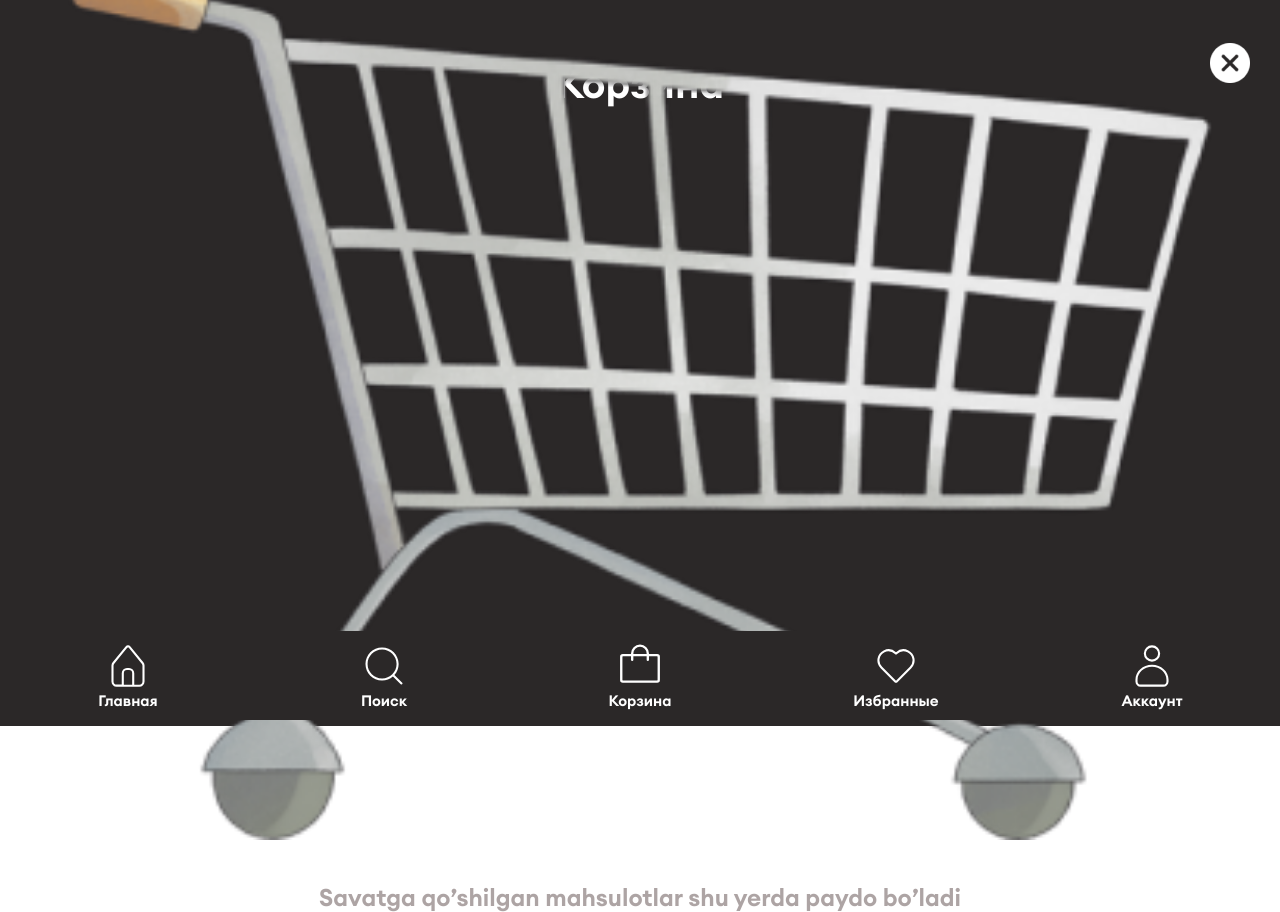
Repository: muslmoney/click-miniapp
Page: /cart
An editor plug-in stored every save of this project. The page is shown before and after a run of saves, followed by the edit.
The browser window is 1280 px wide. The pictures show the whole page.
The project was rebuilt for these pictures with package versions that can differ from the ones it lists, and the page was loaded fresh each time. Also part of the build but not shown: vite.config.js, src/components/ProductCard/productCard.module.css, src/components/ProductCard/ProductCard.jsx.

Above is the page before, as saved 2025-02-02 02:12:54.

### index.html
<!doctype html>
<html lang="en">
<head>
  <meta charset="UTF-8" />
  <meta http-equiv="X-UA-Compatible" content="IE=edge" />
  <meta name="description" content="Non Bor" />
  <meta name="keywords" content="Non Bor" />
  <meta name="author" content="Non Bor" />
  <!-- <meta http-equiv="refresh" content="30"> -->
  <meta property="og:title" content="Non Bor">
  <meta property="og:description" content="Non Bor">
  <meta property="og:image" content="/logo_bread.png">
  <meta property="og:url" content="https://non-bor.netlify.app/">
  <meta name="viewport" content="width=device-width, initial-scale=1.0" />
  <link rel="icon" type="image/png" href="/logo_bread.png" />
  <title>Non Bor</title>
</head>

<body>
  <div id="root"></div>
  <script type="module" src="/src/main.jsx"></script>
</body>

</html>

### src/main.jsx
import React, { Suspense, lazy, StrictMode } from 'react';
import { createRoot } from 'react-dom/client';
import { createBrowserRouter, RouterProvider, Navigate } from 'react-router-dom';
import './index.css';
import App from './App.jsx'
import { CartProvider } from './context/Context.jsx';
const Home = lazy(() => import("./pages/Home/Home.jsx"));
const Cart = lazy(() => import("./pages/Cart/Cart.jsx"));
const Favorites = lazy(() => import('./pages/Favorites/Favorites.jsx'));
const Search = lazy(() => import('./pages/Search/Search.jsx'));
const User = lazy(() => import('./pages/User/User.jsx'));

const router = createBrowserRouter([
  {
    path: "/",
    element: <App />,
    children: [
      { index: true, element: <Navigate to="home" replace /> },
      {
        path: 'home',
        element: <Home />
      },
      {
        path: 'cart',
        element: <Cart />
      },
      {
        path: 'favorites',
        element: <Favorites />
      },
      {
        path: 'search',
        element: <Search />
      },
      {
        path: 'user',
        element: <User />
      },
      { path: '*', element: <div>404 - Page Not Found</div> },
    ],
  },
]);

class ErrorBoundary extends React.Component {
  state = { hasError: false };

  static getDerivedStateFromError() {
    return { hasError: true };
  }

  componentDidCatch(error, info) {
    console.error("Error caught:", error, info);
  }

  render() {
    if (this.state.hasError) {
      return <div>Something went wrong!</div>;
    }
    return this.props.children;
  }
}


createRoot(document.getElementById('root')).render(
  <StrictMode>
    <CartProvider>
      <Suspense fallback={<div>Loading...</div>}>
        <RouterProvider router={router} />
      </Suspense>
    </CartProvider>
  </StrictMode>
);

### src/index.css
:root {
  --color-default-white: #fff;
  --color-default-bg: #2B2828;
  --color-default-blue: #023EF3;
  --color-button-bg-blue:#3866E8;
  --color-text-gray:#ADA4A4;
  --color-button-bg-gray:#565454;
}

* {
  font-family: 'Euclid Circular A', sans-serif;
  scroll-behavior: smooth;
  padding: 0;
  margin: 0;
  box-sizing: border-box;
}

.container {
  width: 100%;
  margin: 0 auto;
  max-width: 700px;
}


picture,
img,
svg {

  display: block;
  width: 100%;
  height: auto;
}

a,
span,
button,
label,
input,
textarea {
  display: inline-block;
  font-family: inherit;
  color: inherit;
  font-weight: inherit;
}

a,
button,
label,
textarea,
li {
  list-style: none;
  text-decoration: none;
  cursor: pointer;
}

q::after,
q::before {
  content: '';
}

#root {
  display: flex;
  flex-direction: column;
  justify-content: space-between;
}

#root>* {
  flex-shrink: 0;
}

#root>main {
  flex-grow: 1;
}

h1,
h2,
h3,
h4,
h5,
h6,
p,
button,
a {
  font-weight: inherit;
  color: var(--color-default-white);
}

### src/App.jsx
import React, { useEffect } from "react";
import "./App.css";
import Header from "./layout/Header/Header.jsx";
import Footer from "./layout/Footer/Footer.jsx";
import "/public/fonts/fonts.css";
import { BrowserRouter as Router, Routes, Outlet, useLocation, useNavigate } from "react-router-dom";

const App = () => {
  const navigate = useNavigate();
  const { pathname } = useLocation();

  useEffect(() => {
    if (pathname === "/") {
      navigate("/home");
    }
  }, [pathname, navigate]);

  return (
    <>
      <header>
        <Header />
      </header>

      <main>
        <Outlet />
      </main>

      <footer>
        <Footer />
      </footer>
    </>
  );
};

export default App;

### src/context/Context.jsx
import React, { createContext, useState, useEffect, useContext } from 'react';

const CartContext = createContext();
const FavoriteContext = createContext();

export const useCart = () => useContext(CartContext);
export const useFavorites = () => useContext(FavoriteContext);

export const CartProvider = ({ children }) => {
  // Загрузка корзины из LocalStorage при старте

  const loadCartFromLocalStorage = () => {
    const storedCart = localStorage.getItem('cartClick');
    return storedCart ? JSON.parse(storedCart) : [];
  };

  const [cart, setCart] = useState(loadCartFromLocalStorage());
  const [favorites, setFavorites] = useState([]);
  useEffect(() => {
    console.log(cart); // Логируем состояние корзины
    localStorage.setItem('cartClick', JSON.stringify(cart));
  }, [cart]);


  // Добавить товар в корзину
  const addToCart = (product) => {
    setCart((prevCart) => {
      // Проверяем, есть ли товар в корзине
      const existingProduct = prevCart.find((item) => item.id === product.id);
      if (existingProduct) {
        // Если товар есть, увеличиваем его количество
        return prevCart.map((item) =>
          item.id === product.id
            ? { ...item, quantity: item.quantity + 1 }
            : item
        );
      } else {
        // Если товара нет в корзине, добавляем его
        return [...prevCart, { ...product, quantity: 1 }];
      }
    });
  };

  // Удалить товар из корзины
  const removeFromCart = (productId) => {
    setCart((prevCart) => prevCart.filter((product) => product.id !== productId));
  };

  // Изменить количество товара в корзине
  const updateQuantity = (productId, quantity) => {
    if (quantity <= 0) return; // Предотвращаем количество меньше 1
    setCart((prevCart) => {
      return prevCart.map((product) =>
        product.id === productId ? { ...product, quantity } : product
      );
    });
  };

  // Добавить товар в избранное
  const addToFavorites = (product) => {
    setFavorites((prevFavorites) => {
      if (!prevFavorites.some((item) => item.id === product.id)) {
        return [...prevFavorites, product]; // Добавляем товар в избранное, если его там нет
      }
      return prevFavorites; // Товар уже в избранном, не добавляем
    });
  };

  // Удалить товар из избранного
  const removeFromFavorites = (productId) => {
    setFavorites((prevFavorites) =>
      prevFavorites.filter((product) => product.id !== productId)
    );
  };

  return (
    <CartContext.Provider value={{ cart, addToCart, removeFromCart, updateQuantity }}>
      <FavoriteContext.Provider value={{ favorites, addToFavorites, removeFromFavorites }}>
        {children}
      </FavoriteContext.Provider>
    </CartContext.Provider>
  );
};

### src/pages/Cart/Cart.jsx
import React from 'react';
import { useCart } from '../../context/Context';
import styles from './cart.module.css';
import { InCart } from '../../components/ProductCard/ProductCard';

const Cart = () => {
  const { cart, updateQuantity, removeFromCart } = useCart();

  return (
    <div className={styles.container}>
      <h2 className={styles.title}>Корзина</h2>

      <div className={styles.cartItems}>
        {cart.length === 0 ? (
          <div className={styles.emptyCart}>
            <img src="/shoppingCart.png" alt="Empty Cart" />
            <h2>Hech narsa yo’q</h2>
            <p>Savatga qo’shilgan mahsulotlar shu yerda paydo bo’ladi</p>
          </div>
        ) : (
          cart.map((product) => (
            <InCart
              key={product.id}
              img={product.img}
              price={product.price}
              salePrice={product.salePrice}
              title={product.title}
              id={product.id}
              quantity={product.quantity}
              updateQuantity={updateQuantity}
              removeFromCart={removeFromCart}
            />
          ))
        )}
      </div>
    </div>
  );
};

export default Cart;

### src/layout/Header/Header.jsx
import React from 'react'
import { RxCross2 } from "react-icons/rx";
import style from './header.module.css'
const Header = () => {
    return (
        <header className={style.header}>
            <div className='container'>
                <div className={style.header}>
                    <img className={style.cross} src="/cancel.png" alt="" />
                </div>
            </div>
        </header>
    )
}

export default Header

### src/layout/Footer/Footer.jsx
import React from 'react'
import styles from './footer.module.css'
import { CiSearch } from "react-icons/ci";
import { CiUser } from "react-icons/ci";
import { CiHeart } from "react-icons/ci";
import { PiBagLight } from "react-icons/pi";
import { CiHome } from "react-icons/ci";
import { Link } from 'react-router-dom';

const Footer = () => {
    return (
        <footer className='container'>
            <div className={styles.footer}>
                    <Link className={styles.a} to={'./home'}>
                        <CiHome className={styles.icon} />
                        <h2>Главная</h2>
                    </Link>
                    <Link className={styles.a} to={'./search'}>
                        <CiSearch className={styles.icon} />
                        <h2>
                            Поиск
                        </h2>

                    </Link>
                    <Link className={styles.a} to={'./cart'}>
                        <PiBagLight className={styles.icon} />
                        <h2>
                            Корзина
                        </h2>

                    </Link>
                    <Link className={styles.a} to={'./favorites'}>
                        <CiHeart className={styles.icon} />
                        <h2>
                            Избранные
                        </h2>

                    </Link>
                    <Link className={styles.a} to={'./user'}>
                        <CiUser className={styles.icon} />
                        <h2>
                            Аккаунт
                        </h2>

                    </Link>
            </div>
        </footer>
    )
}

export default Footer

### public/fonts/fonts.css


@font-face {
    font-family: 'Euclid Circular A';
    src: url(/fonts/Euclid\ Circular\ A\ SemiBold.ttf);
    font-weight: 600;
    font-style: normal;
}

### src/pages/Cart/cart.module.css
.emptyCart {
    height: 80dvh;
    text-align: center;
    display: flex;
    flex-direction: column;
    align-items: center;
    justify-content: center;

    h2 {
        font-size: 36px;
        font-weight: 500;
        line-height: 43.57px;
        text-underline-position: from-font;
        text-decoration-skip-ink: none;

    }

    p {
        font-size: 24px;
        font-weight: 500;
        line-height: 29.05px;
        text-align: center;
        text-underline-position: from-font;
        text-decoration-skip-ink: none;
        color: var(--color-text-gray);

    }
}

.title {
    text-align: center;
    font-size: 40px;
    padding: 60px 0 42px 0;
    font-weight: 500;
    line-height: 48.41px;
    text-underline-position: from-font;
    text-decoration-skip-ink: none;

}

.container {
    padding: 0 clamp(5px, 2vw, 20px);
    background-color: var(--color-default-bg);
    min-height:100dvh;

}

### src/layout/Header/header.module.css
.header{
    max-width: 700px;
    position: relative;
}

.cross{
    width: 50px;
    position: fixed;
    right: 25px;
    top: 38px;
    width: 50px;
    z-index: 10000;
    @media (max-width: 550px) {
        width: 35px;
        top: 18px;
    }
}

### src/layout/Footer/footer.module.css

.footer {
    display: flex;
    align-items: center;
    justify-content: space-around;
    position: fixed;
    bottom: 0;
    left: 0;
    width: 100%;
    padding: 10px 0 10px 0;
    background-color: var(--color-default-bg);
.a{
    width: 100%;

   h2{

       font-size: clamp(15px, 1vw, 24px);
   }
}
    a {
        display: flex;
        align-items: center;
        flex-direction: column;
    }
}


.icon {
    width: 50px;
}
@media (max-width: 550px) {
    .icon {
        width: 35px;
    }
}

Loaded but not shown: src/App.css (no stored copy; drawn as an empty file); src/pages/User/user.module.css (no stored copy; drawn as an empty file)

After the next 2 saves:
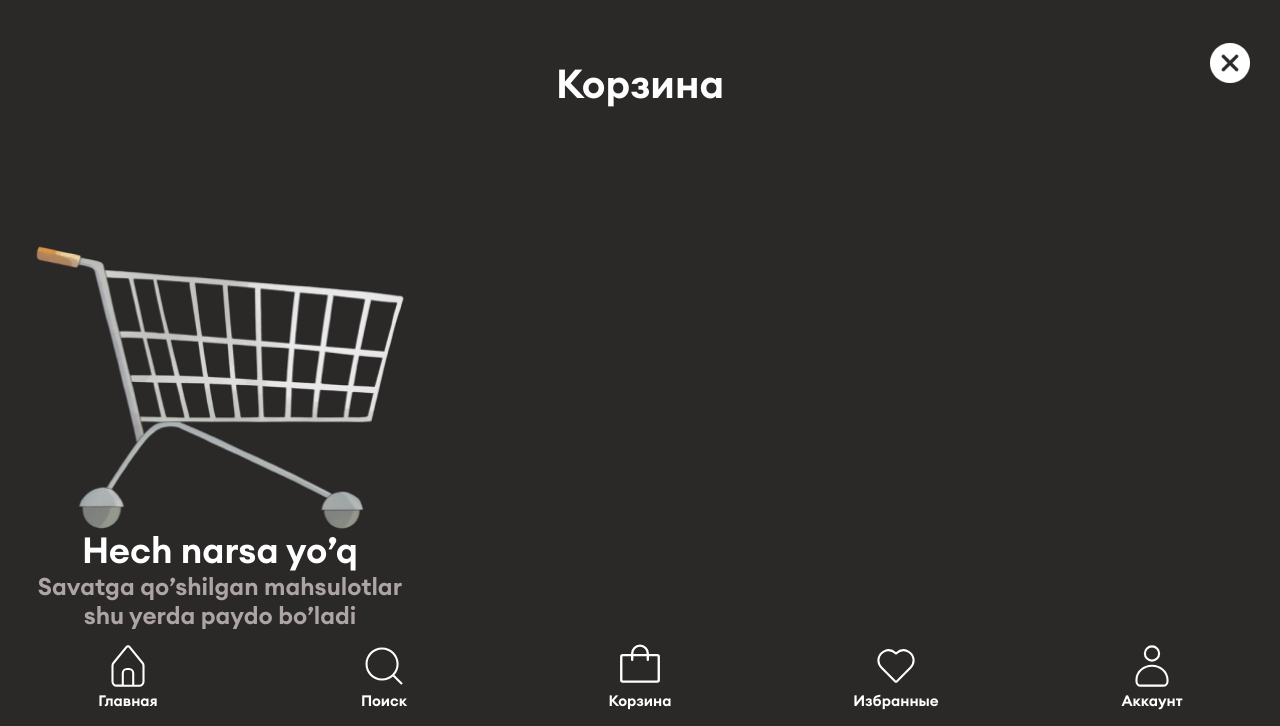
The 2 saves are shown as one change because they came seconds apart.
The last was saved 6 s later.
--- a/src/pages/Cart/cart.module.css
+++ b/src/pages/Cart/cart.module.css
@@ -5,7 +5,7 @@
     flex-direction: column;
     align-items: center;
     justify-content: center;
-
+    max-width: 400px;
     h2 {
         font-size: 36px;
         font-weight: 500;
